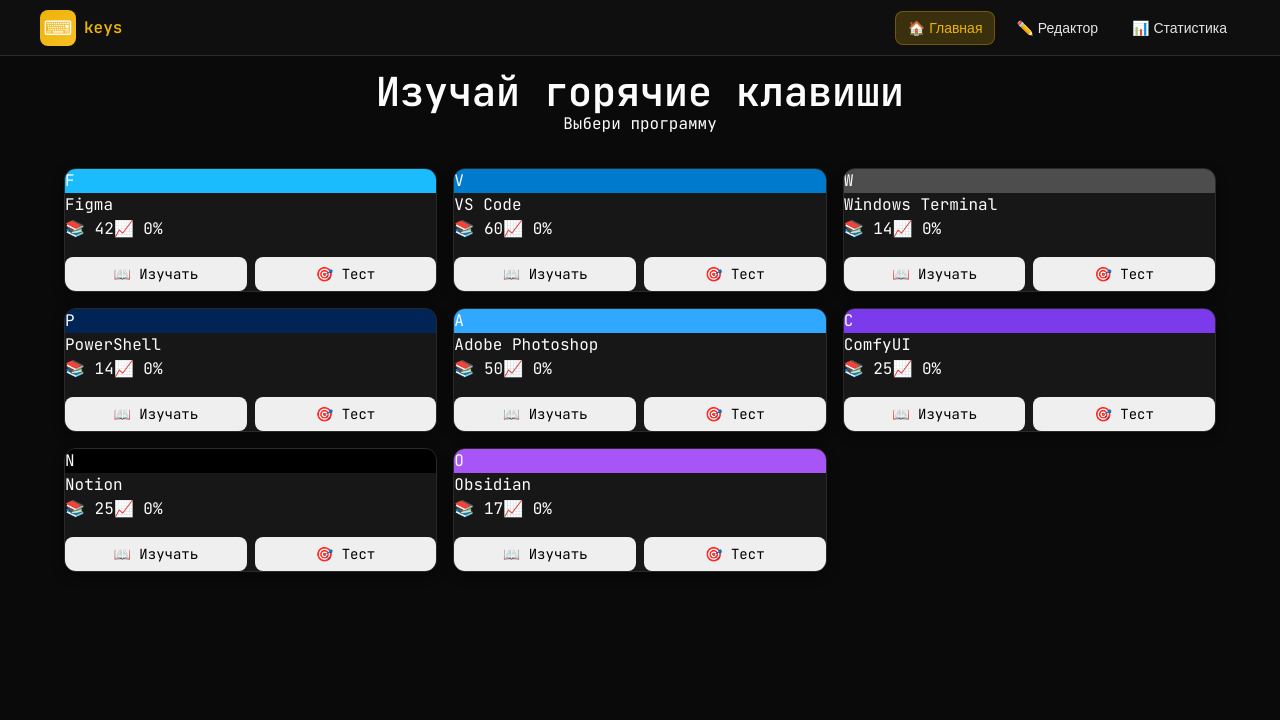
Repository: looksawful/Keys
Page: src/renderer/index.html
The author's editor kept a copy of each file at every save. The page is drawn from the files as they stood at one save, then again after the next save.
The browser window is 1280 px wide. The pictures show the whole page.
Some web fonts or font styles are not loaded; a fallback is used.

Above is the page before, as saved 2026-01-11 03:39:39.

### src/renderer/index.html
<!DOCTYPE html>
<html lang="ru">
<head>
  <meta charset="UTF-8">
  <meta name="viewport" content="width=device-width, initial-scale=1.0">
  <title>keys</title>
  <link rel="preconnect" href="https://fonts.googleapis.com">
  <link rel="preconnect" href="https://fonts.gstatic.com" crossorigin>
  <link href="https://fonts.googleapis.com/css2?family=JetBrains+Mono:wght@400;600&family=Iosevka:wght@400;500;700&display=swap" rel="stylesheet">
  <link rel="stylesheet" href="./styles.css">
</head>
<body>
  <div id="app">
    <header class="app-header">
      <div class="app-header-inner">
        <div class="app-logo">
          <div class="app-logo-icon">⌨</div>
          <span class="app-logo-text">keys</span>
        </div>
        <nav class="app-nav" id="nav"></nav>
      </div>
    </header>
    <main class="app-main" id="main"></main>
    <div id="mroot"></div>
  </div>
  <script src="./data.js"></script>
  <script src="./logic.js"></script>
  <script src="./app.js"></script>
</body>
</html>

### src/renderer/app.js
(function() {
  const { defaultPrograms, colorOptions } = window.hkData;
  const {
    normalizeKey,
    parseKeyCombo,
    compareKeySets,
    createQuizState,
    calcProgramProgress,
    calcAverageScore
  } = window.hkLogic;

  const STORAGE_KEYS = {
    programs: 'hk_p',
    stats: 'hk_s'
  };

  function clonePrograms() {
    return JSON.parse(JSON.stringify(defaultPrograms));
  }

  function loadPrograms() {
    try {
      const raw = localStorage.getItem(STORAGE_KEYS.programs);
      if (raw) {
        const parsed = JSON.parse(raw);
        if (parsed && typeof parsed === 'object' && Object.keys(parsed).length) {
          return parsed;
        }
      }
    } catch (err) {
      // Ignore invalid storage entries.
    }
    return clonePrograms();
  }

  function loadStats() {
    try {
      const raw = localStorage.getItem(STORAGE_KEYS.stats);
      if (raw) {
        const parsed = JSON.parse(raw);
        return {
          h: Array.isArray(parsed.h) ? parsed.h : [],
          t: Number.isFinite(parsed.t) ? parsed.t : 0,
          c: Number.isFinite(parsed.c) ? parsed.c : 0
        };
      }
    } catch (err) {
      // Ignore invalid storage entries.
    }
    return { h: [], t: 0, c: 0 };
  }

  let view = 'home';
  let progs = loadPrograms();
  let st = loadStats();
  let sel = Object.keys(progs)[0] || null;
  let qcfg = { d: 'all', n: 10 };
  let qz = null;
  let res = null;
  let sfil = 'all';
  let eprog = Object.keys(progs)[0] || null;
  let mdl = null;

  function ensureSelectedProgram() {
    if (!sel || !progs[sel]) {
      sel = Object.keys(progs)[0] || null;
    }
  }

  function ensureEditorProgram() {
    if (!eprog || !progs[eprog]) {
      eprog = Object.keys(progs)[0] || null;
    }
  }

  function saveState() {
    localStorage.setItem(STORAGE_KEYS.programs, JSON.stringify(progs));
    localStorage.setItem(STORAGE_KEYS.stats, JSON.stringify(st));
  }

  function go(v, p) {
    view = v;
    if (p) sel = p;
    render();
  }

  function prog(id) {
    return calcProgramProgress(st.h, id);
  }

  function render() {
    ensureSelectedProgram();
    ensureEditorProgram();
    document.getElementById('nav').innerHTML = `
      <button class="app-nav-link${view === 'home' ? ' active' : ''}" data-action="go" data-view="home">🏠 Главная</button>
      <button class="app-nav-link${view === 'editor' ? ' active' : ''}" data-action="go" data-view="editor">✏️ Редактор</button>
      <button class="app-nav-link${view === 'stats' ? ' active' : ''}" data-action="go" data-view="stats">📊 Статистика</button>`;
    const m = document.getElementById('main');
    if (view === 'home') m.innerHTML = homeH();
    else if (view === 'study') m.innerHTML = studyH();
    else if (view === 'setup') m.innerHTML = setupH();
    else if (view === 'quiz') m.innerHTML = quizH();
    else if (view === 'results') m.innerHTML = resultsH();
    else if (view === 'editor') m.innerHTML = editorH();
    else if (view === 'stats') m.innerHTML = statsH();
    document.getElementById('mroot').innerHTML = mdl || '';
  }

  function homeH() {
    return `<div style="text-align:center;margin-bottom:2rem"><h1 style="font-size:2.5rem;font-weight:700;margin-bottom:.5rem">Изучай горячие клавиши</h1><p style="color:var(--text2)">Выбери программу</p></div>
    <div class="grid">${Object.entries(progs).map(([id, p]) => {
      const pr = prog(id);
      return `<div class="card pcard" data-action="open-study" data-program="${id}">
        <div class="phdr"><div class="picon" style="background:${p.color}">${p.name[0]}</div><div class="pname">${p.name}</div></div>
        <div class="pstats"><span>📚 ${p.sc.length}</span><span>📈 ${pr}%</span></div>
        <div class="pbar"><div class="pfill" style="width:${pr}%"></div></div>
        <div style="margin-top:1rem;display:flex;gap:.5rem">
          <button class="btn btn2 btns" style="flex:1" data-action="open-study" data-program="${id}">📖 Изучать</button>
          <button class="btn btn1 btns" style="flex:1" data-action="open-setup" data-program="${id}">🎯 Тест</button>
        </div></div>`;
    }).join('')}</div>`;
  }

  function studyH() {
    if (!sel || !progs[sel]) return '<div class="empty">Нет программы</div>';
    const p = progs[sel];
    const list = p.sc.filter((s) => sfil === 'all' || s.d === sfil);
    return `<div class="stucon"><div class="stuhdr"><button class="back" data-action="go" data-view="home">← Назад</button><button class="btn btn1" data-action="open-setup">🎯 Тест</button></div>
    <div style="display:flex;align-items:center;gap:1rem;margin-bottom:1.5rem"><div class="picon" style="background:${p.color};width:56px;height:56px;font-size:1.75rem">${p.name[0]}</div><div><h2 style="font-size:1.75rem">${p.name}</h2><p style="color:var(--text2)">${p.sc.length} клавиш</p></div></div>
    <div class="fbar">
      <button class="fbtn${sfil === 'all' ? ' on' : ''}" data-action="set-filter" data-filter="all">Все</button>
      <button class="fbtn${sfil === 'easy' ? ' on' : ''}" data-action="set-filter" data-filter="easy">🟢 Лёгкие</button>
      <button class="fbtn${sfil === 'medium' ? ' on' : ''}" data-action="set-filter" data-filter="medium">🟡 Средние</button>
      <button class="fbtn${sfil === 'hard' ? ' on' : ''}" data-action="set-filter" data-filter="hard">🔴 Сложные</button>
    </div>
    <div class="slist">${list.map((s) => `<div class="sitem"><div class="sact">${s.a}</div><div style="display:flex;align-items:center;gap:1rem">
      <div class="skeys">${s.k.map((k) => `<span class="key">${k}</span>`).join('<span class="ksep">+</span>')}</div>
      <span class="diff diff-${s.d[0]}">${s.d === 'easy' ? 'Лёгкий' : s.d === 'medium' ? 'Средний' : 'Сложный'}</span></div></div>`).join('')}</div></div>`;
  }

  function setupH() {
    if (!sel || !progs[sel]) return '<div class="empty">Нет программы</div>';
    const p = progs[sel];
    const max = p.sc.filter((s) => qcfg.d === 'all' || s.d === qcfg.d).length;
    const baseCounts = [5, 10, 15, 20].filter((c) => c <= max);
    const counts = baseCounts.length ? baseCounts : (max ? [max] : []);
    if (!counts.includes(qcfg.n)) {
      qcfg.n = counts[0] || 0;
    }
    return `<div class="setup"><button class="back" data-action="go" data-view="home" style="margin-bottom:1rem">← Назад</button>
    <h2 class="setitle">Тест: ${p.name}</h2>
    <div class="sgrp"><label class="slbl">Сложность</label><div class="sopts">
      <button class="obtn${qcfg.d === 'all' ? ' sel' : ''}" data-action="set-difficulty" data-difficulty="all">Все</button>
      <button class="obtn${qcfg.d === 'easy' ? ' sel' : ''}" data-action="set-difficulty" data-difficulty="easy">🟢 Лёгкие</button>
      <button class="obtn${qcfg.d === 'medium' ? ' sel' : ''}" data-action="set-difficulty" data-difficulty="medium">🟡 Средние</button>
      <button class="obtn${qcfg.d === 'hard' ? ' sel' : ''}" data-action="set-difficulty" data-difficulty="hard">🔴 Сложные</button>
    </div></div>
    <div class="sgrp"><label class="slbl">Вопросов (макс: ${max})</label><div class="sopts">
      ${counts.map((c) => `<button class="obtn${qcfg.n === c ? ' sel' : ''}" data-action="set-count" data-count="${c}">${c}</button>`).join('')}
    </div></div>
    <button class="btn btn1" style="width:100%;margin-top:1rem" data-action="start-quiz"${max === 0 ? ' disabled' : ''}>🚀 Начать</button></div>`;
  }

  function quizH() {
    if (!qz || !qz.qs.length) return '<div class="empty">Нет вопросов</div>';
    const q = qz.qs[qz.i];
    const pct = (qz.i + 1) / qz.qs.length * 100;
    const kh = qz.k.length ? qz.k.map((k) => `<span class="ikey">${k}</span>`).join('<span class="ksep">+</span>') : '<span style="color:var(--text3)">Нажмите клавиши...</span>';
    const cls = qz.sh ? (qz.ok ? ' ok' : ' no') : '';
    return `<div class="qcon"><div class="qprog"><div class="qpbar"><div class="qpfill" style="width:${pct}%"></div></div><span>${qz.i + 1}/${qz.qs.length}</span></div>
    <div class="qcard"><div class="qp">${progs[sel].name}</div><div class="qq">${q.a}</div>
    <div class="qin${cls}">${kh}</div>
    ${qz.sh ? `<div class="qres${qz.ok ? ' ok' : ' no'}">${qz.ok ? '✓ Правильно!' : '✗ Неправильно'}</div>` : ''}
    ${qz.sh && !qz.ok ? `<div class="qans">Ответ: <strong>${q.k.join(' + ')}</strong></div>` : ''}
    <div class="qbtns">${qz.sh ? `<button class="btn btn1" data-action="next-question">${qz.i + 1 >= qz.qs.length ? 'Завершить' : 'Далее →'}</button>` :
      `<button class="btn btn2" data-action="reset-answer">🔄 Сброс</button>
      <button class="btn btn1" data-action="check-answer"${qz.k.length === 0 ? ' disabled' : ''}>✓ Проверить</button>
      <button class="btn btn2" data-action="skip-question">Пропустить →</button>`}</div></div></div>`;
  }

  function resultsH() {
    if (!res) return '';
    const pct = Math.round(res.c / res.t * 100);
    const emoji = pct >= 90 ? '🏆' : pct >= 70 ? '🌟' : pct >= 50 ? '👍' : '💪';
    const title = pct >= 90 ? 'Отлично!' : pct >= 70 ? 'Хорошо!' : pct >= 50 ? 'Неплохо!' : 'Продолжай!';
    return `<div class="rcon"><div class="card rcard"><div class="ricon">${emoji}</div><h2 class="rtitle">${title}</h2><div class="rscore">${pct}%</div>
    <p style="color:var(--text2)">${res.n}</p><div class="rstats">
      <div class="rst"><div class="rstv g">${res.c}</div><div class="rstl">Правильно</div></div>
      <div class="rst"><div class="rstv r">${res.t - res.c}</div><div class="rstl">Ошибок</div></div>
      <div class="rst"><div class="rstv">${res.t}</div><div class="rstl">Всего</div></div>
    </div><div style="display:flex;gap:1rem;justify-content:center">
      <button class="btn btn2" data-action="go" data-view="home">🏠 Главная</button>
      <button class="btn btn1" data-action="restart-quiz">🔄 Ещё раз</button>
    </div></div></div>`;
  }

  function editorH() {
    if (!eprog || !progs[eprog]) return '<div class="empty">Нет программы</div>';
    const p = progs[eprog];
    return `<div class="egrid"><div class="eside"><div class="stitle"><span>Программы</span><button class="btn btn1 btns" data-action="show-program-modal">+ Добавить</button></div>
    <div class="elist">${Object.entries(progs).map(([id, pr]) => `<div class="eitem${eprog === id ? ' on' : ''}" data-action="select-program" data-program="${id}">
      <span style="color:${pr.color}">${pr.name}</span><span style="color:var(--text3)">${pr.sc.length}</span></div>`).join('')}</div></div>
    <div class="emain"><div class="stitle"><div style="display:flex;align-items:center;gap:.75rem">
      <div class="picon" style="background:${p.color};width:40px;height:40px">${p.name[0]}</div><span>${p.name}</span></div>
      <div style="display:flex;gap:.5rem"><button class="btn btn2 btns" data-action="show-program-modal" data-program="${eprog}">✏️</button><button class="btn btn3 btns" data-action="delete-program">🗑️</button></div></div>
    <div style="display:flex;justify-content:space-between;align-items:center;margin:1.5rem 0 1rem">
      <h3 style="color:var(--text2)">Клавиши (${p.sc.length})</h3><button class="btn btn1 btns" data-action="show-shortcut-modal">+ Добавить</button></div>
    <div class="sclist">${p.sc.length ? p.sc.map((s) => `<div class="scitem"><div class="scact">${s.a}<br><span class="diff diff-${s.d[0]}">${s.d === 'easy' ? 'Лёгкий' : s.d === 'medium' ? 'Средний' : 'Сложный'}</span></div>
      <div class="sckeys">${s.k.join(' + ')}</div><div class="scbtns"><button class="ibtn ibtn-e" data-action="show-shortcut-modal" data-shortcut="${s.id}">✏️</button><button class="ibtn ibtn-d" data-action="delete-shortcut" data-shortcut="${s.id}">🗑️</button></div></div>`).join('') : '<div class="empty">Нет клавиш</div>'}</div></div></div>`;
  }

  function statsH() {
    const avg = calcAverageScore(st.h);
    const tot = Object.values(progs).reduce((sum, p) => sum + p.sc.length, 0);
    return `<h2 style="font-size:1.75rem;margin-bottom:1.5rem">📊 Статистика</h2>
    <div class="stgrid"><div class="stcard"><div class="stval">${st.t}</div><div class="stlbl">Тестов</div></div>
    <div class="stcard"><div class="stval">${st.c}</div><div class="stlbl">Правильно</div></div>
    <div class="stcard"><div class="stval">${avg}%</div><div class="stlbl">Средний %</div></div>
    <div class="stcard"><div class="stval">${tot}</div><div class="stlbl">Всего клавиш</div></div></div>
    <div class="card" style="margin-top:2rem"><div style="display:flex;justify-content:space-between;align-items:center;margin-bottom:1rem;flex-wrap:wrap;gap:.5rem">
      <h3>История</h3>
      <div style="display:flex;gap:.5rem">
        <button class="btn btn2 btns" data-action="reset-programs">🔄 Сбросить программы</button>
        <button class="btn btn3 btns" data-action="reset-stats">🗑️ Очистить статистику</button>
      </div>
    </div>
    ${st.h.length ? `<div class="hlist">${st.h.slice().reverse().slice(0, 20).map((h) => {
      const pct = Math.round(h.c / h.t * 100);
      return `<div class="hitem"><div><strong>${h.n}</strong><br><small style="color:var(--text3)">${new Date(h.dt).toLocaleDateString('ru')}</small></div>
      <div style="color:${pct >= 70 ? 'var(--green)' : 'var(--red)'};font-weight:600">${h.c}/${h.t} (${pct}%)</div></div>`;
    }).join('')}</div>` : '<div class="empty">Нет истории</div>'}</div>`;
  }

  function showPM(edit) {
    const p = edit && progs[edit] ? progs[edit] : null;
    const editId = p ? edit : '';
    mdl = `<div class="mbg" data-action="close-modal"><div class="modal" data-action="modal-body">
    <h2 class="mtitle">${p ? 'Редактировать' : 'Новая программа'}</h2>
    <div class="fg"><label class="fl">Название</label><input class="fi" id="mn" value="${p ? p.name : ''}"></div>
    <div class="fg"><label class="fl">Цвет</label><div class="colors">${colorOptions.map((c) => `<div class="copt${p && p.color === c ? ' sel' : ''}" style="background:${c}" data-action="select-color" data-color="${c}"></div>`).join('')}</div></div>
    <div class="mbtns"><button class="btn btn2" data-action="close-modal">Отмена</button><button class="btn btn1" data-action="save-program" data-program="${editId}">${p ? 'Сохранить' : 'Создать'}</button></div></div></div>`;
    render();
  }

  function showSM(edit) {
    if (!eprog || !progs[eprog]) return;
    const p = progs[eprog];
    const s = edit ? p.sc.find((x) => x.id === edit) : null;
    const editId = s ? s.id : 0;
    mdl = `<div class="mbg" data-action="close-modal"><div class="modal" data-action="modal-body">
    <h2 class="mtitle">${s ? 'Редактировать' : 'Новая клавиша'}</h2>
    <div class="fg"><label class="fl">Действие</label><input class="fi" id="ma" value="${s ? s.a : ''}"></div>
    <div class="fg"><label class="fl">Клавиши (через +)</label><input class="fi" id="mk" value="${s ? s.k.join(' + ') : ''}"></div>
    <div class="fg"><label class="fl">Сложность</label><select class="fsel" id="md">
      <option value="easy"${s && s.d === 'easy' ? ' selected' : ''}>Лёгкий</option>
      <option value="medium"${s && s.d === 'medium' ? ' selected' : ''}>Средний</option>
      <option value="hard"${s && s.d === 'hard' ? ' selected' : ''}>Сложный</option></select></div>
    <div class="mbtns"><button class="btn btn2" data-action="close-modal">Отмена</button><button class="btn btn1" data-action="save-shortcut" data-shortcut="${editId}">${s ? 'Сохранить' : 'Добавить'}</button></div></div></div>`;
    render();
  }

  function startQ() {
    ensureSelectedProgram();
    if (!sel || !progs[sel]) return;
    const p = progs[sel];
    qz = createQuizState(p.sc, { difficulty: qcfg.d, count: qcfg.n });
    res = null;
    go('quiz');
  }

  function handleKeydown(e) {
    // Закрыть модальное окно по Escape
    if (mdl && e.key === 'Escape') {
      mdl = null;
      render();
      return;
    }

    // Enter в модальных окнах для сохранения
    if (mdl && e.key === 'Enter') {
      const saveBtn = document.querySelector('[data-action="save-program"], [data-action="save-shortcut"]');
      if (saveBtn) {
        saveBtn.click();
        return;
      }
    }

    if (view !== 'quiz' || !qz || qz.sh) return;
    if (e.repeat) return;
    e.preventDefault();
    const key = normalizeKey(e.key);
    if (!qz.k.includes(key)) {
      qz.k.push(key);
      render();
    }
  }

  function checkQ() {
    if (!qz || !qz.qs.length) return;
    const q = qz.qs[qz.i];
    qz.ok = compareKeySets(qz.k, q.k);
    qz.sh = true;
    if (qz.ok) qz.c += 1;
    render();
  }

  function skipQ() {
    nextQ();
  }

  function nextQ() {
    if (!qz || !qz.qs.length) {
      go('home');
      return;
    }
    if (qz.i + 1 >= qz.qs.length) {
      res = { p: sel, n: progs[sel].name, c: qz.c, t: qz.qs.length, dt: new Date().toISOString() };
      if (res.t) {
        st.h.push(res);
        st.t += 1;
        st.c += res.c;
        saveState();
      }
      go('results');
    } else {
      qz.i += 1;
      qz.k = [];
      qz.sh = false;
      qz.ok = false;
      render();
    }
  }

  function saveP(edit) {
    const name = document.getElementById('mn')?.value.trim();
    const color = document.querySelector('.copt.sel')?.dataset.color || colorOptions[0];
    if (!name) return;
    if (edit && progs[edit]) {
      progs[edit].name = name;
      progs[edit].color = color;
    } else {
      let id = name.toLowerCase().replace(/\s+/g, '_').replace(/[^a-z0-9_]/g, '') || `p${Date.now()}`;
      if (progs[id]) {
        id = `${id}_${Date.now()}`;
      }
      progs[id] = { name, color, sc: [] };
      eprog = id;
      sel = id;
    }
    mdl = null;
    saveState();
    render();
  }

  function delP() {
    if (Object.keys(progs).length <= 1) {
      alert('Нельзя удалить последнюю');
      return;
    }
    if (confirm('Удалить?')) {
      const removed = eprog;
      delete progs[eprog];
      eprog = Object.keys(progs)[0] || null;
      if (sel === removed) {
        sel = eprog;
      }
      saveState();
      render();
    }
  }

  function saveS(edit) {
    const a = document.getElementById('ma')?.value.trim();
    const ks = document.getElementById('mk')?.value.trim();
    const d = document.getElementById('md')?.value || 'easy';
    if (!a) {
      alert('Введите название действия');
      return;
    }
    if (!ks) {
      alert('Введите комбинацию клавиш');
      return;
    }
    const k = parseKeyCombo(ks);
    if (!k.length) {
      alert('Некорректная комбинация клавиш');
      return;
    }
    const p = progs[eprog];
    if (!p) return;

    // Проверка на дубликаты
    const duplicate = p.sc.find((s) => {
      if (edit && s.id === edit) return false;
      return compareKeySets(s.k, k);
    });
    if (duplicate) {
      alert(`Такая комбинация уже существует: "${duplicate.a}"`);
      return;
    }

    if (edit) {
      const s = p.sc.find((x) => x.id === edit);
      if (s) {
        s.a = a;
        s.k = k;
        s.d = d;
      }
    } else {
      const mx = p.sc.reduce((m, s) => Math.max(m, s.id), 0);
      p.sc.push({ id: mx + 1, a, k, d });
    }
    mdl = null;
    saveState();
    render();
  }

  function delS(id) {
    if (!eprog || !progs[eprog]) return;
    if (confirm('Удалить?')) {
      progs[eprog].sc = progs[eprog].sc.filter((s) => s.id !== id);
      saveState();
      render();
    }
  }

  function handleClick(event) {
    const actionEl = event.target.closest('[data-action]');
    if (!actionEl) return;
    const action = actionEl.dataset.action;

    if (action === 'modal-body') {
      event.stopPropagation();
      return;
    }

    if (action === 'close-modal') {
      mdl = null;
      render();
      return;
    }

    if (action === 'select-color') {
      document.querySelectorAll('.copt').forEach((el) => el.classList.remove('sel'));
      actionEl.classList.add('sel');
      return;
    }

    switch (action) {
      case 'go':
        go(actionEl.dataset.view);
        break;
      case 'open-study':
        if (actionEl.dataset.program) sel = actionEl.dataset.program;
        go('study');
        break;
      case 'open-setup':
        if (actionEl.dataset.program) sel = actionEl.dataset.program;
        go('setup');
        break;
      case 'set-filter':
        sfil = actionEl.dataset.filter || 'all';
        render();
        break;
      case 'set-difficulty':
        qcfg.d = actionEl.dataset.difficulty || 'all';
        render();
        break;
      case 'set-count':
        qcfg.n = Number(actionEl.dataset.count) || qcfg.n;
        render();
        break;
      case 'start-quiz':
        startQ();
        break;
      case 'reset-answer':
        if (qz) {
          qz.k = [];
          render();
        }
        break;
      case 'check-answer':
        checkQ();
        break;
      case 'skip-question':
        skipQ();
        break;
      case 'next-question':
        nextQ();
        break;
      case 'restart-quiz':
        startQ();
        break;
      case 'show-program-modal':
        showPM(actionEl.dataset.program || null);
        break;
      case 'select-program':
        if (actionEl.dataset.program) {
          eprog = actionEl.dataset.program;
          render();
        }
        break;
      case 'delete-program':
        delP();
        break;
      case 'show-shortcut-modal':
        showSM(actionEl.dataset.shortcut ? Number(actionEl.dataset.shortcut) : null);
        break;
      case 'delete-shortcut':
        delS(Number(actionEl.dataset.shortcut));
        break;
      case 'save-program':
        saveP(actionEl.dataset.program || '');
        break;
      case 'save-shortcut':
        saveS(Number(actionEl.dataset.shortcut || 0));
        break;
      case 'reset-stats':
        if (confirm('Очистить всю статистику и историю?')) {
          st = { h: [], t: 0, c: 0 };
          saveState();
          render();
        }
        break;
      case 'reset-programs':
        if (confirm('Сбросить все программы к значениям по умолчанию?')) {
          progs = clonePrograms();
          eprog = Object.keys(progs)[0] || null;
          sel = eprog;
          saveState();
          render();
        }
        break;
      default:
        break;
    }
  }

  document.addEventListener('click', handleClick);
  document.addEventListener('keydown', handleKeydown);

  render();
})();

Loaded but not shown: src/renderer/data.js (325 lines, source omitted); src/renderer/logic.js (294 lines, source omitted); src/renderer/styles.css (1378 lines, source omitted)

After the next save:
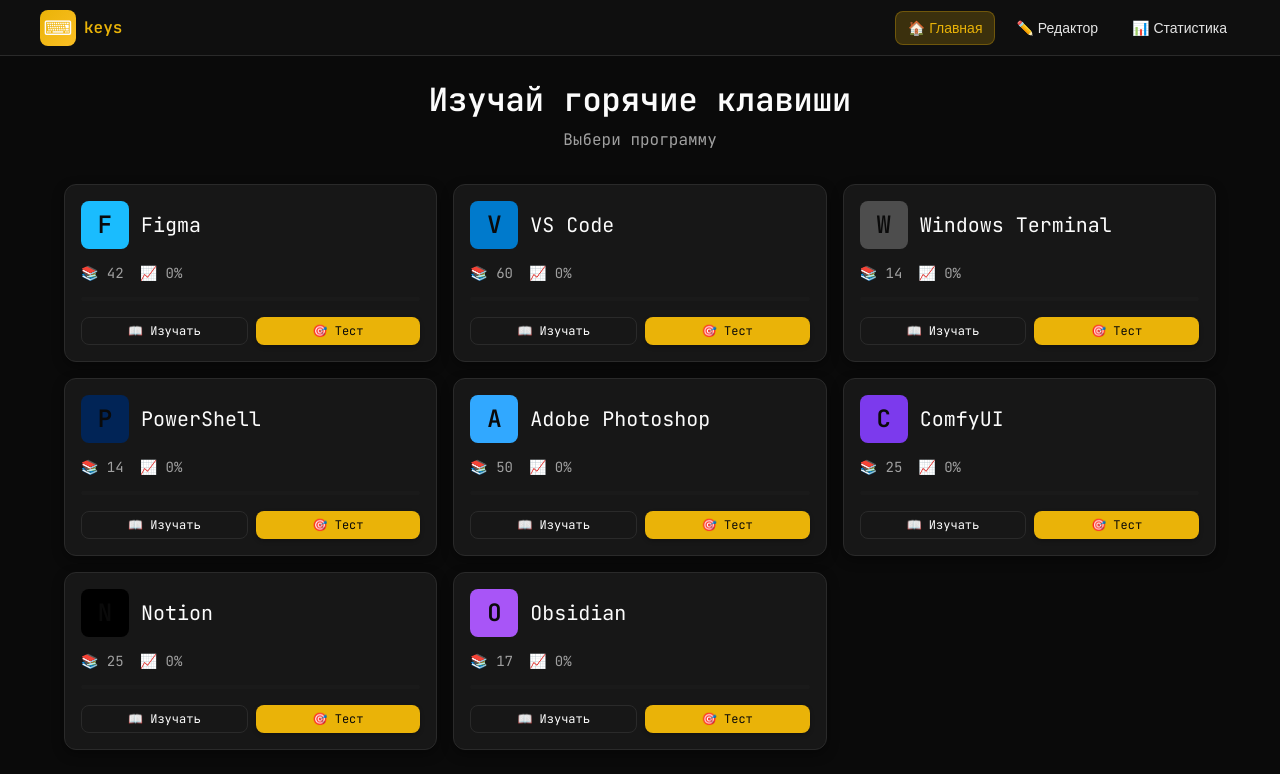
Saved 12 s later.
--- a/src/renderer/app.js
+++ b/src/renderer/app.js
@@ -107,16 +107,16 @@
   }
 
   function homeH() {
-    return `<div style="text-align:center;margin-bottom:2rem"><h1 style="font-size:2.5rem;font-weight:700;margin-bottom:.5rem">Изучай горячие клавиши</h1><p style="color:var(--text2)">Выбери программу</p></div>
+    return `<div class="page-header"><h1 class="page-title">Изучай горячие клавиши</h1><p class="page-subtitle">Выбери программу</p></div>
     <div class="grid">${Object.entries(progs).map(([id, p]) => {
       const pr = prog(id);
-      return `<div class="card pcard" data-action="open-study" data-program="${id}">
-        <div class="phdr"><div class="picon" style="background:${p.color}">${p.name[0]}</div><div class="pname">${p.name}</div></div>
-        <div class="pstats"><span>📚 ${p.sc.length}</span><span>📈 ${pr}%</span></div>
-        <div class="pbar"><div class="pfill" style="width:${pr}%"></div></div>
-        <div style="margin-top:1rem;display:flex;gap:.5rem">
-          <button class="btn btn2 btns" style="flex:1" data-action="open-study" data-program="${id}">📖 Изучать</button>
-          <button class="btn btn1 btns" style="flex:1" data-action="open-setup" data-program="${id}">🎯 Тест</button>
+      return `<div class="card card-interactive program-card" data-action="open-study" data-program="${id}">
+        <div class="program-header"><div class="program-icon" style="background:${p.color}">${p.name[0]}</div><div class="program-name">${p.name}</div></div>
+        <div class="program-meta"><span>📚 ${p.sc.length}</span><span>📈 ${pr}%</span></div>
+        <div class="progress"><div class="progress-fill" style="width:${pr}%"></div></div>
+        <div class="program-actions">
+          <button class="btn btn-secondary btn-sm" style="flex:1" data-action="open-study" data-program="${id}">📖 Изучать</button>
+          <button class="btn btn-primary btn-sm" style="flex:1" data-action="open-setup" data-program="${id}">🎯 Тест</button>
         </div></div>`;
     }).join('')}</div>`;
   }
